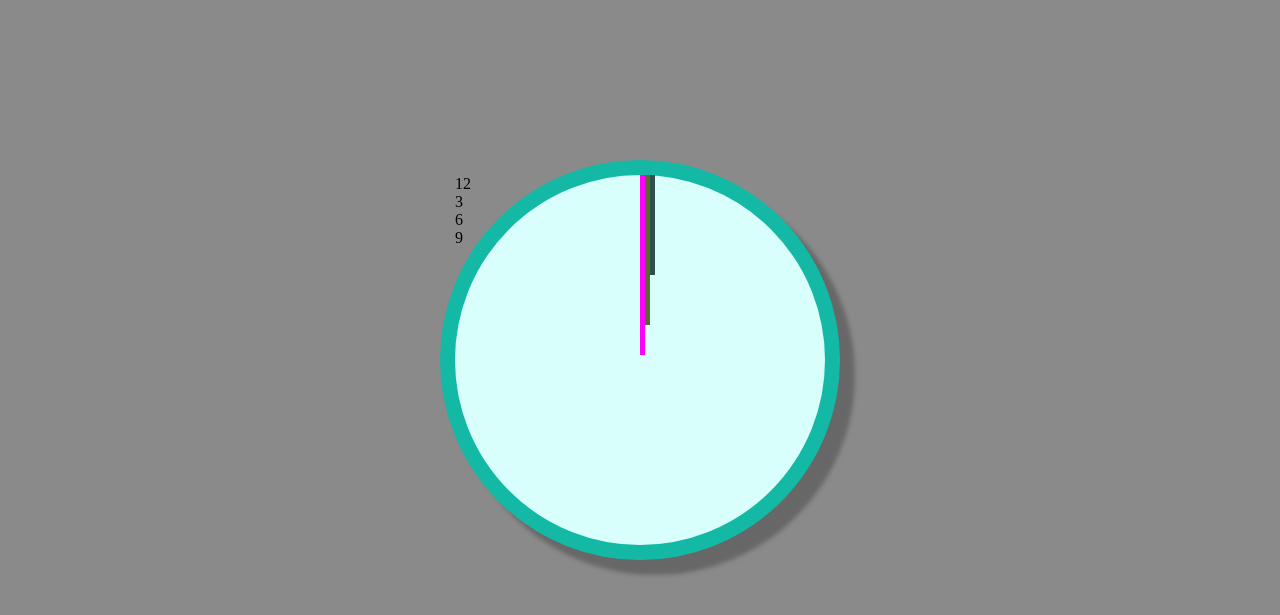
Repository: ChenWarren/web-clock
Page: index.html
The author's editor kept a copy of each file at every save. The page is drawn from the files as they stood at one save, then again after a run of saves.
The browser window is 1280 px wide. The pictures show the whole page.

Above is the page before, as saved 2021-03-18 20:54:02.

### index.html
<!DOCTYPE html>
<html lang="en">
<head>
    <meta charset="UTF-8">
    <meta http-equiv="X-UA-Compatible" content="IE=edge">
    <meta name="viewport" content="width=device-width, initial-scale=1.0">
    <link rel="stylesheet" href="main.css">
    <title>Clock</title>
</head>
<body>
    <main class="clock">
        <div class="hour"></div>
        <div class="minute"></div>
        <div class="second"></div>

        <div class="number">
            <div class="num_1">12</div>
        </div>
        <div class="number">
            <div class="num_3">3</div>
        </div>
        <div class="number">
            <div class="num_1">6</div>
        </div>
        <div class="number">
            <div class="num_1">9</div>
        </div>

        <div class="dot"></div>
        <div class="dot"></div>
        <div class="dot"></div>
        <div class="dot"></div>
        <div class="dot"></div>
        <div class="dot"></div>
        <div class="dot"></div>
        <div class="dot"></div>
    </main>

    <script src="clock.js"></script>

</body>
</html>

### main.css
* {
    margin: 0;
    padding: 0;
    box-sizing: border-box;
}

body {
    background-color: rgb(138, 138, 138);
    display: flex;
    justify-content: center;
    align-items: center;
    width: 100vw;
    height: 100vh;
    overflow: hidden;
}

.clock {
    width: 400px;
    height: 400px;
    border-radius: 50%;
    background: #d8fffb;
    border: 15px solid #14B9A5;
    box-sizing: border-box;
    box-shadow: 15px 15px 4px rgba(0, 0, 0, 0.25);
    position: relative;
}

.hour {
    width: 15px;
    height: 100px;
    background-color:  darkslategray;
    position: absolute;
    left: 50%;

}

.minute {
    width: 10px;
    height: 150px;
    background-color:darkolivegreen;
    position: absolute;
    left: 50%;
}

.second {
    width: 5px;
    height: 180px;
    background-color: fuchsia;
    position: absolute;
    left: 50%;
}

Loaded but not shown: clock.js (no copy from this time; the picture is the same without it)

After the next 5 saves:
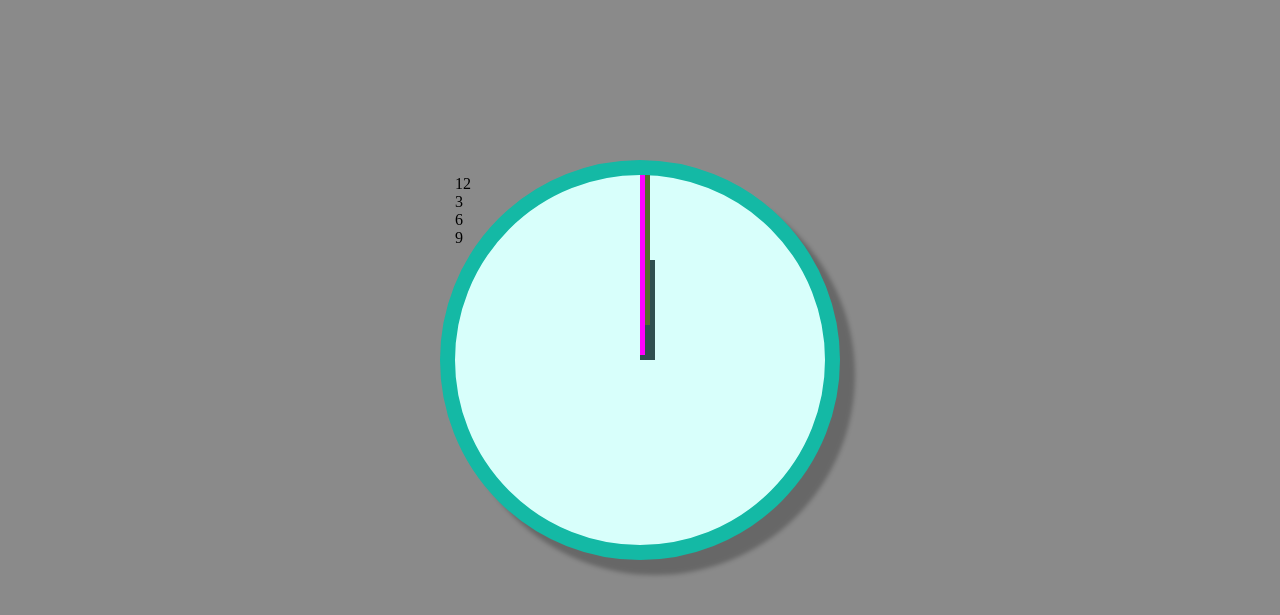
The 5 saves are shown as one change because they came seconds apart.
The last was saved 14 s later.
--- a/main.css
+++ b/main.css
@@ -31,7 +31,7 @@ body {
     background-color:  darkslategray;
     position: absolute;
     left: 50%;
-
+    bottom: 50%;
 }
 
 .minute {
